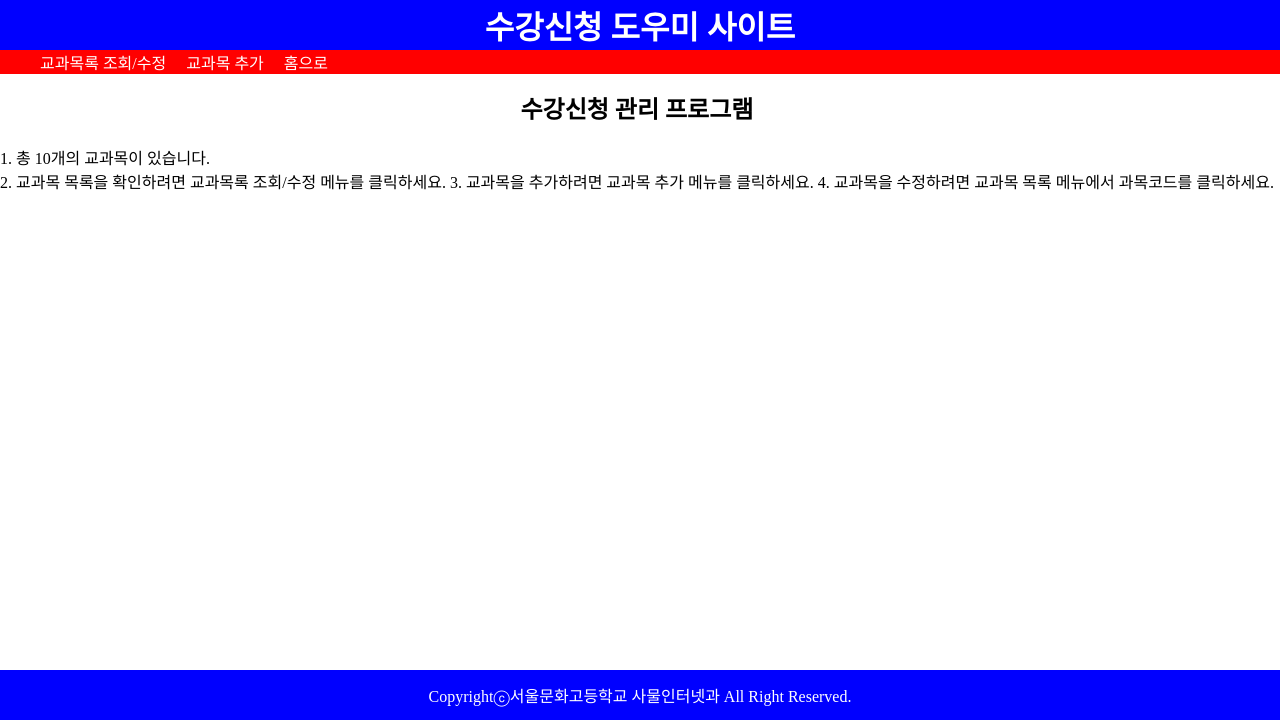
Repository: yuuki08noah/CHUNGCHUSANKI
Page: http://localhost/HRD_002/
The author's editor kept a copy of each file at every save. The page is drawn from the files as they stood at one save, then again after the next save.
The browser window is 1280 px wide. The pictures show the whole page.
The page is served by Tomcat 9. Other server files are loaded and not shown.

Above is the page before, as saved 2025-04-01 07:53:12.

### HRD_002/src/main/webapp/index.jsp
<%@ page language="java" contentType="text/html; charset=UTF-8"
    pageEncoding="UTF-8"%>
<!DOCTYPE html>
<html>
<head>
<meta charset="UTF-8">
<title>Index</title>
</head>
<body>
	<jsp:include page="header.jsp"/>
	<section style="position: fixed; top: 70px;">
		<div style="text-align: center;">
			<h2>수강신청 관리 프로그램</h2>
		</div>
		1. 총 10개의 교과목이 있습니다.<br>
		2. 교과목 목록을 확인하려면 교과목록 조회/수정 메뉴를 클릭하세요.
		3. 교과목을 추가하려면 교과목 추가 메뉴를 클릭하세요.
		4. 교과목을 수정하려면 교과목 목록 메뉴에서 과목코드를 클릭하세요.
	</section>
	<jsp:include page="footer.jsp"/>
</body>
</html>

### HRD_002/src/main/webapp/header.jsp
<%@ page language="java" contentType="text/html; charset=UTF-8"
    pageEncoding="UTF-8"%>
<!DOCTYPE html>
<html>
<head>
<meta charset="UTF-8">
<title>Header</title>
</head>
<body style="margin: 0 0; padding: 0 0;">
	<div style="display: flex; position: fixed; top: 0px; justify-content: center; align-items: center; background-color: blue; width: 100%; height: 50px; color: white;"><h1>수강신청 도우미 사이트</h1></div>
	<div style="display: flex; gap: 20px; width: 100%; padding-left: 40px; background-color: red; position: fixed; top: 50px; color: white">
	<a>교과목록 조회/수정</a>

	<a>교과목 추가</a>

	<a>홈으로</a>
	</div>
</body>
</html>

### HRD_002/src/main/webapp/footer.jsp
<%@ page language="java" contentType="text/html; charset=UTF-8"
    pageEncoding="UTF-8"%>
<!DOCTYPE html>
<html>
<head>
<meta charset="UTF-8">
<title>Footer</title>
</head>
<body style="margin:0 0; padding: 0 0">
	<div style="display: flex; position: fixed; bottom: 0px; justify-content: center; align-items: center; background-color: blue; width: 100%; height: 50px; color: white;">Copyrightⓒ서울문화고등학교 사물인터넷과 All Right Reserved.</div>

</body>
</html>

After the next save:
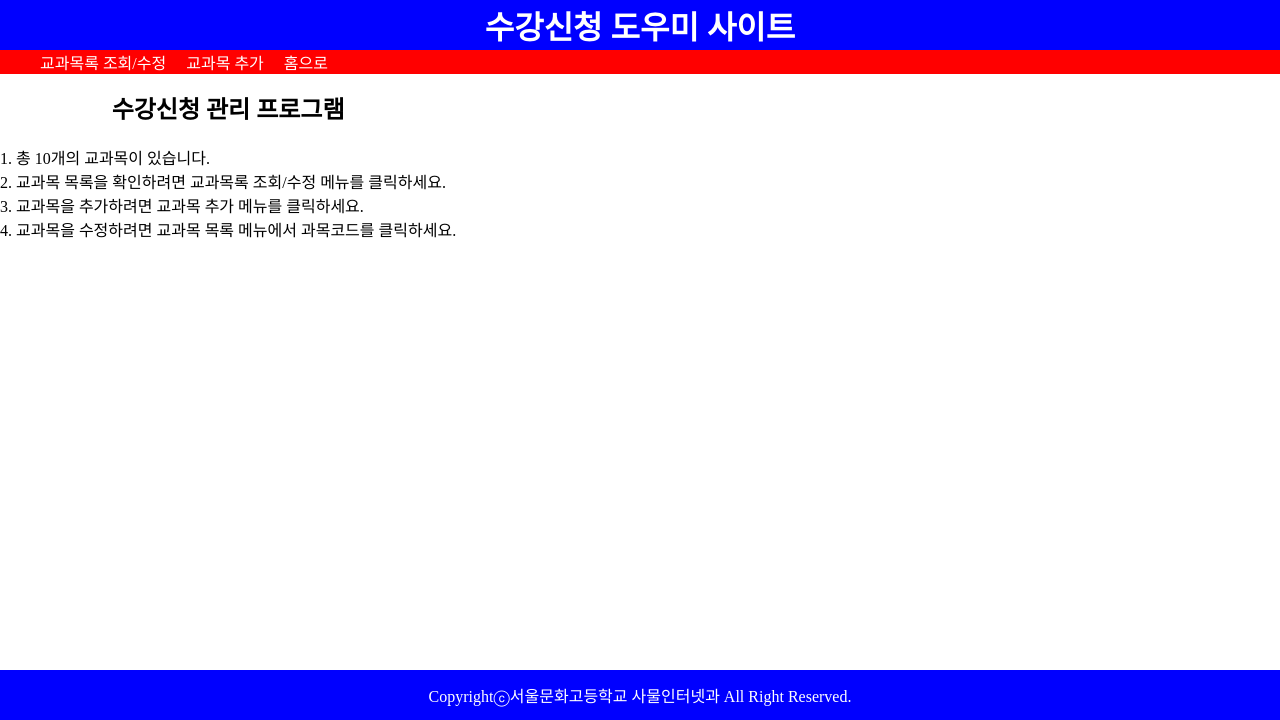
Saved 11 s later.
--- a/HRD_002/src/main/webapp/index.jsp
+++ b/HRD_002/src/main/webapp/index.jsp
@@ -13,8 +13,8 @@
 			<h2>수강신청 관리 프로그램</h2>
 		</div>
 		1. 총 10개의 교과목이 있습니다.<br>
-		2. 교과목 목록을 확인하려면 교과목록 조회/수정 메뉴를 클릭하세요.
-		3. 교과목을 추가하려면 교과목 추가 메뉴를 클릭하세요.
+		2. 교과목 목록을 확인하려면 교과목록 조회/수정 메뉴를 클릭하세요.<br>
+		3. 교과목을 추가하려면 교과목 추가 메뉴를 클릭하세요.<br>
 		4. 교과목을 수정하려면 교과목 목록 메뉴에서 과목코드를 클릭하세요.
 	</section>
 	<jsp:include page="footer.jsp"/>
